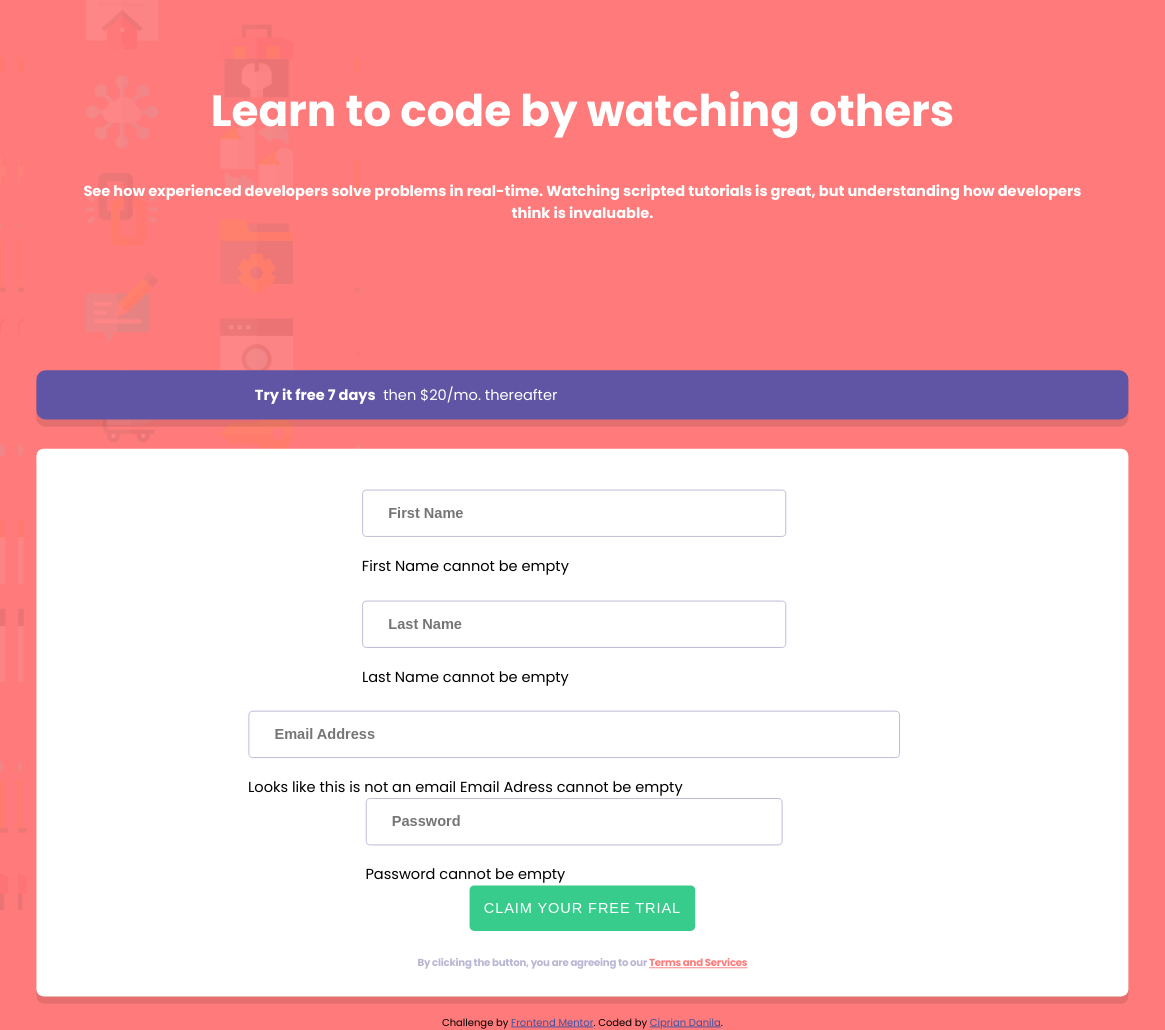
Repository: cipdanila/intro-component-with-sign-up-form
Page: index.html
These files come from the project's save history. The page is drawn as it stood at one moment and after the next save; the edit follows.
The browser window is 1280 px wide. The pictures show the whole page, at 91% of full size.

Above is the page before, as saved 2024-02-14 19:52:17.

After the next save:
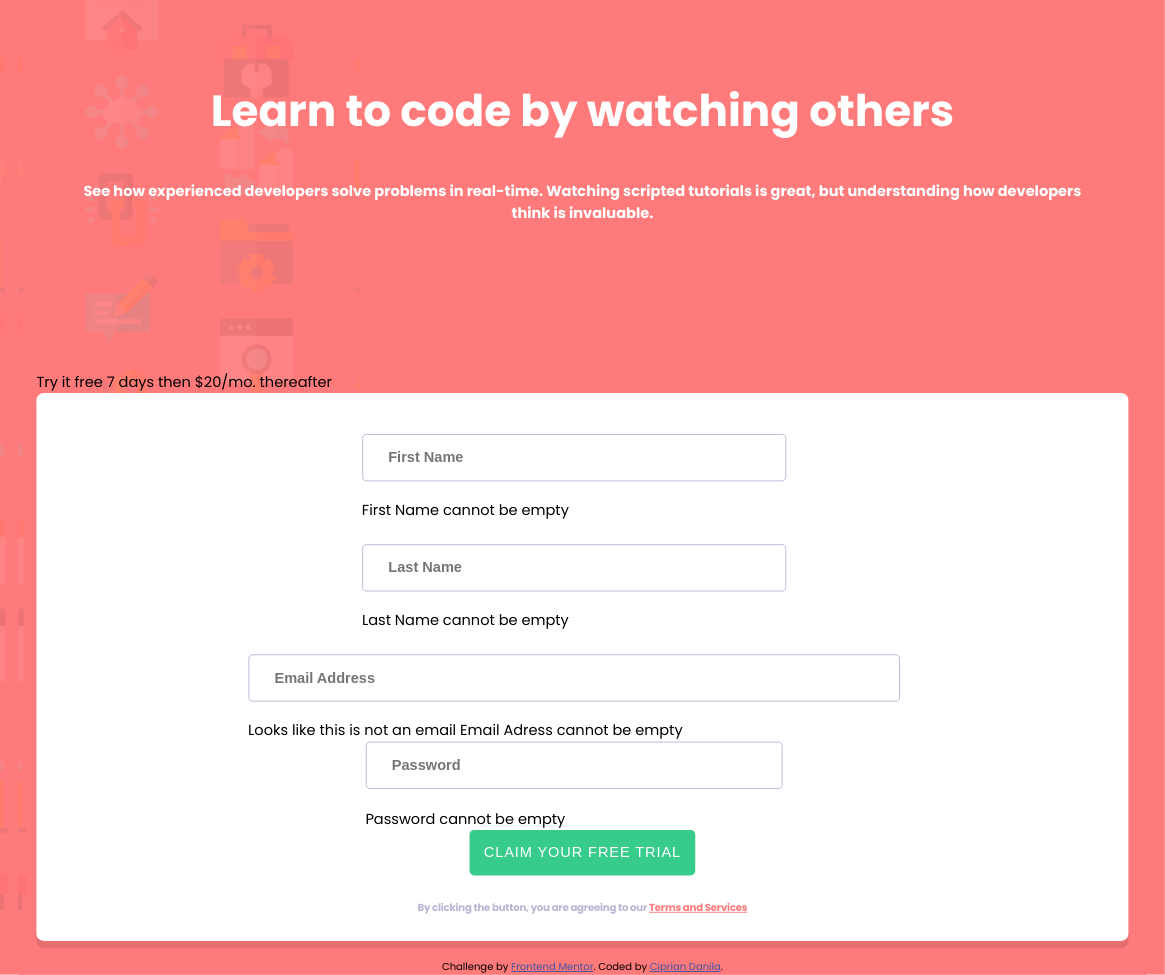
Saved 15 s later.
--- a/index.html
+++ b/index.html
@@ -21,7 +21,7 @@
                 </section>
                 <section class="container-form">
                     <div class="top-box">
-                        <h2 class="price-title"><span>Try it free 7 days</span> then $20/mo. thereafter</h2>
+                        <p><span>Try it free 7 days</span> then $20/mo. thereafter</p>
                     </div>
 
                     <form action="" class="register-form">
